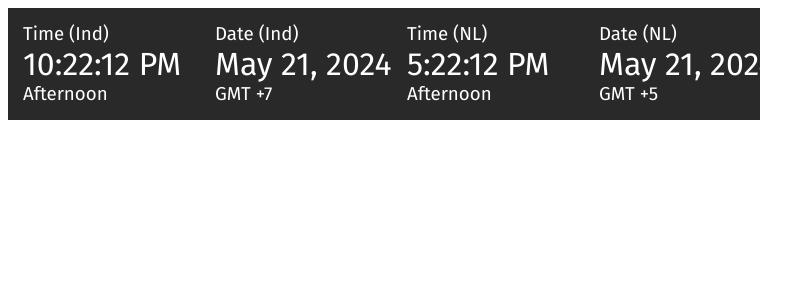
Repository: SnakeXrnt/notion-clock
Page: index.html
These files come from the project's save history. The page is drawn as it stood at one moment and after the next save; the edit follows.
The browser window is 768 px wide. The page is 791 px wide, then 768 px, so the pictures cover 791 px, including what lies to the right of the window. The pictures show the whole page.

Above is the page before, as saved 2024-05-21 15:43:01.

After the next save:
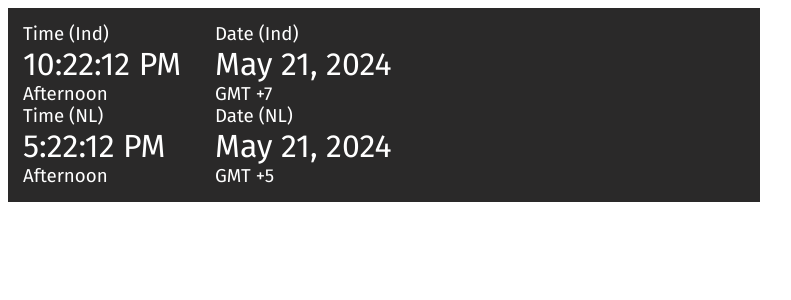
Saved 10 s later.
--- a/style.css
+++ b/style.css
@@ -38,6 +38,7 @@ body {
 
 @media screen and (max-width: 768px) {
     .time {
-        display: ;
+        display: flex;
+        flex-direction: column;
     }
 }
